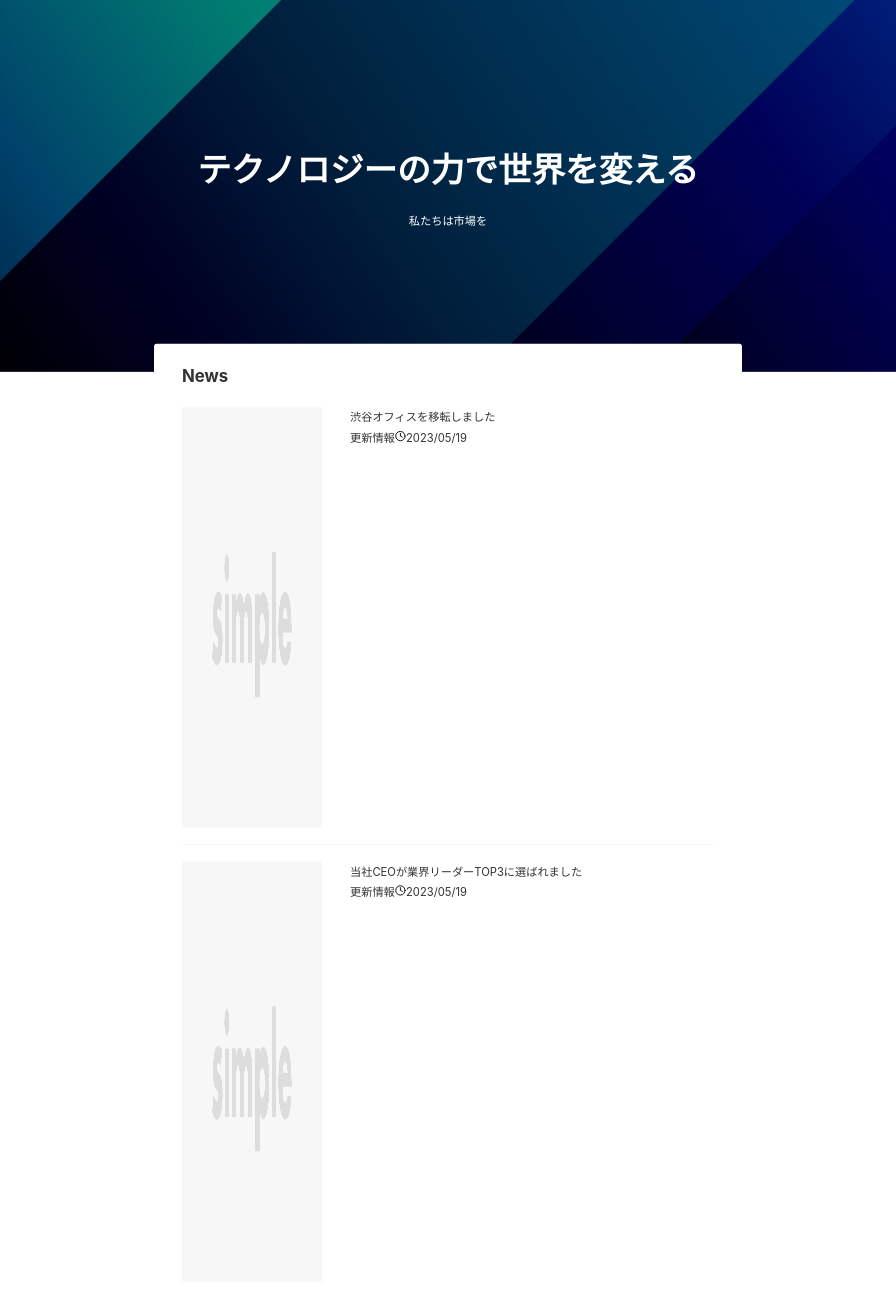
Repository: sk-style/my-next-project
Page: /
These files come from the project's save history. The page is drawn as it stood at one moment and after the next save; the edit follows.
The browser window is 1280 px wide. The pictures show the whole page, at 70% of full size.
The project was rebuilt for these pictures with package versions that can differ from the ones it lists, and the page was loaded fresh each time. The framework's server and built-in components were replaced by stand-ins that run in the browser. Also part of the build but not shown: next.config.ts.

Above is the page before, as saved 2025-10-27 14:38:11.

After the next save:
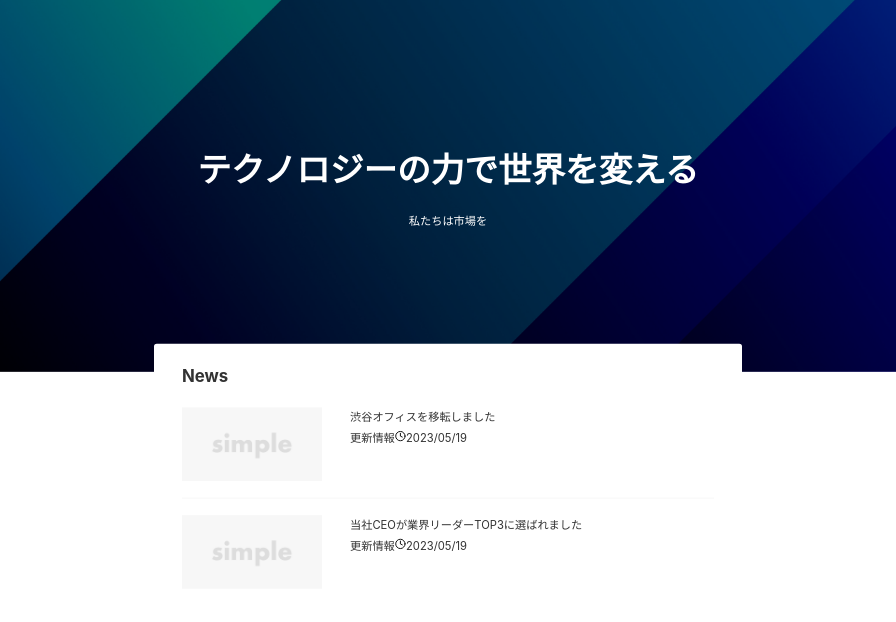
Saved 5 s later.
--- a/app/page.module.css
+++ b/app/page.module.css
@@ -64,7 +64,7 @@
 
 .image {
   width: 200px;
-  hei: auto;
+  height: auto;
 
 }
 
